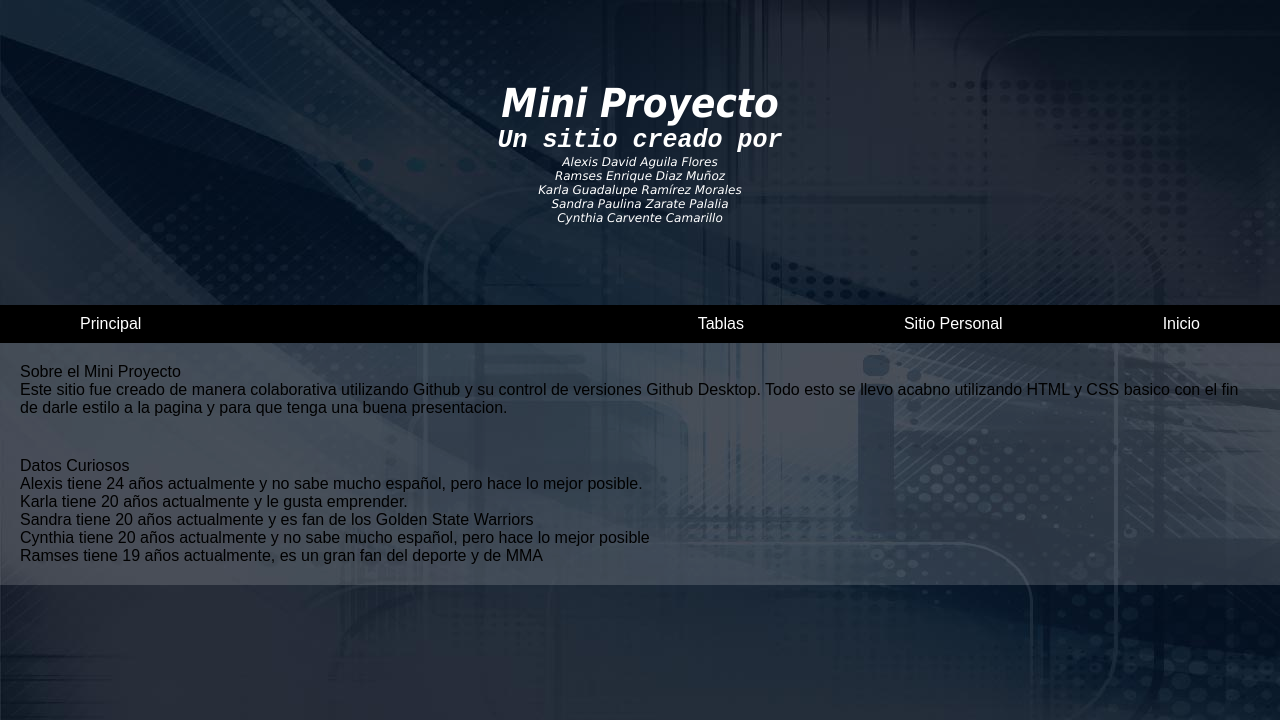
Repository: Dogueen/miniProyectoUniversidad
Page: miniProyecto/principal.html
An editor plug-in stored every save of this project. The page is shown before and after the next save, followed by the edit.
The browser window is 1280 px wide. The pictures show the whole page.

Above is the page before, as saved 2023-10-31 19:14:12.

After the next save:
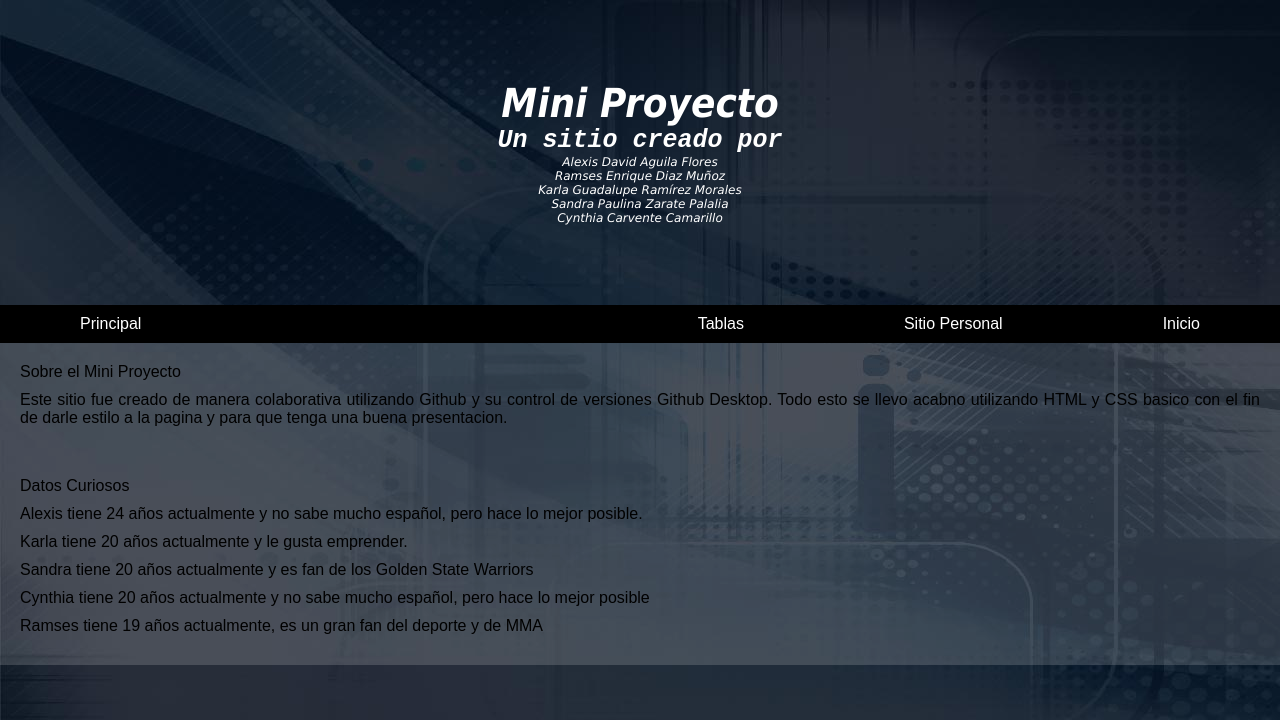
Saved 23 s later.
--- a/miniProyecto/principal.html
+++ b/miniProyecto/principal.html
@@ -35,22 +35,22 @@
     <div class="row">
         <d class="side">
             <caption>Sobre el Mini Proyecto</caption>
-            <p>Este sitio fue creado de manera colaborativa utilizando Github y su control de
+            <p class="parat">Este sitio fue creado de manera colaborativa utilizando Github y su control de
                 versiones Github Desktop. Todo esto se llevo acabno utilizando HTML y CSS
                 basico con el fin de darle estilo a la pagina y para que tenga una buena presentacion.
-            </p>
+            </p class="parat">
     </div>
     <div class="main">
         <caption>Datos Curiosos</caption>
-        <p>Alexis tiene 24 años actualmente y no sabe mucho español, pero hace
+        <p class="parat">Alexis tiene 24 años actualmente y no sabe mucho español, pero hace
             lo mejor posible.
-        </p>
-        <p>Karla tiene 20 años actualmente y le gusta emprender.</p>
-        <p>Sandra tiene 20 años actualmente y es fan de los Golden State Warriors</p>
-        <p>Cynthia tiene 20 años actualmente y no sabe mucho español, pero hace
+        </p class="parat">
+        <p class="parat">Karla tiene 20 años actualmente y le gusta emprender.</p class="parat">
+        <p class="parat">Sandra tiene 20 años actualmente y es fan de los Golden State Warriors</p class="parat">
+        <p class="parat">Cynthia tiene 20 años actualmente y no sabe mucho español, pero hace
             lo mejor posible
-        </p>
-        <p>Ramses tiene 19 años actualmente, es un gran fan del deporte y de MMA</p>
+        </p class="parat">
+        <p class="parat">Ramses tiene 19 años actualmente, es un gran fan del deporte y de MMA</p class="parat">
     </div>
     </div>
 
